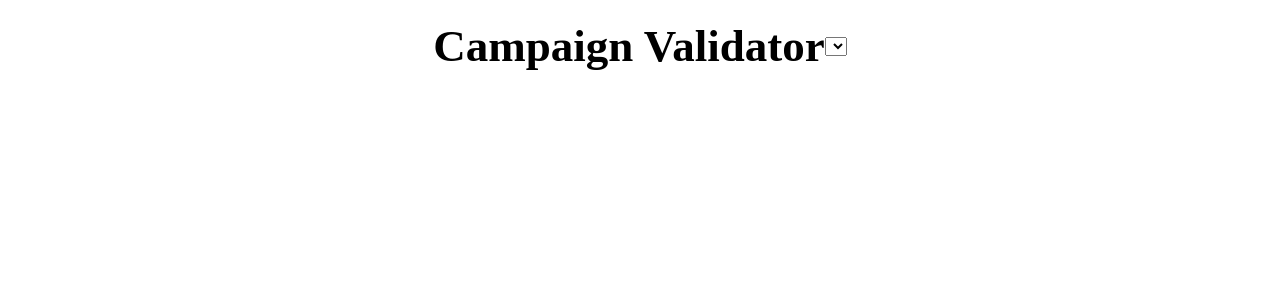
Repository: AbApin/project
Page: / (app in frontend/)
The author's editor kept a copy of each file at every save. The page is drawn from the files as they stood at one save, then again after the next save.
The browser window is 1280 px wide. The pictures show the whole page.
The project was rebuilt for these pictures with package versions that can differ from the ones it lists, and the page was loaded fresh each time. Also part of the build but not shown: frontend/vue.config.js.

Above is the page before, as saved 2023-02-21 15:26:58.

After the next save:
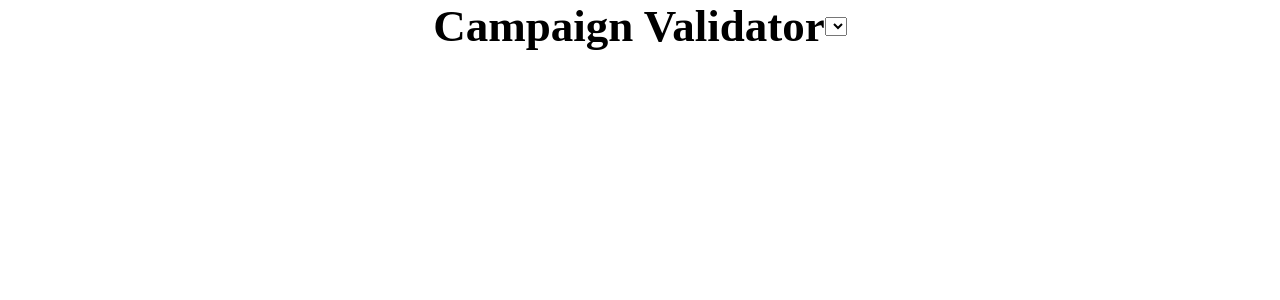
Saved 26 s later.
--- a/frontend/src/App.vue
+++ b/frontend/src/App.vue
@@ -29,6 +29,7 @@ export default {
   display: flex;
   align-items: center;
   justify-content: center;
+  fl
   padding: 20px;
 }
 .appTitle {
